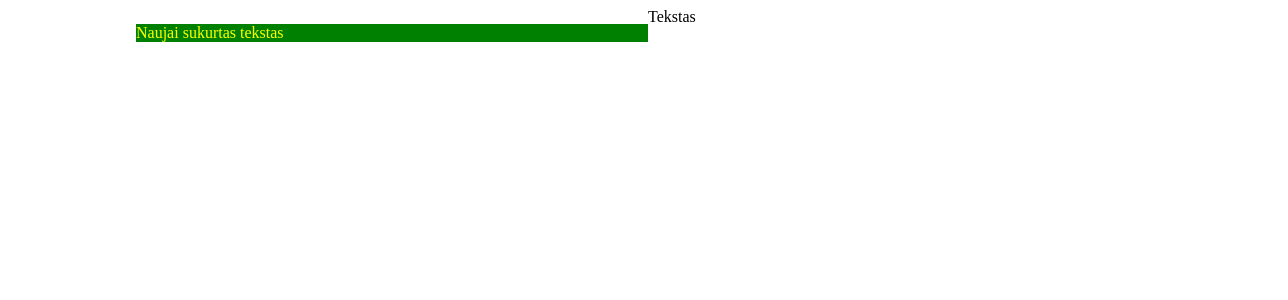
Repository: motiejus1/01-paskaita
Page: index.html
An editor plug-in stored every save of this project. The page is shown before and after the next save, followed by the edit.
The browser window is 1280 px wide. The page is 1288 px wide, so the pictures cover 1288 px, including what lies to the right of the window. The pictures show the whole page.

Above is the page before, as saved 2021-06-08 11:53:03.

After the next save:
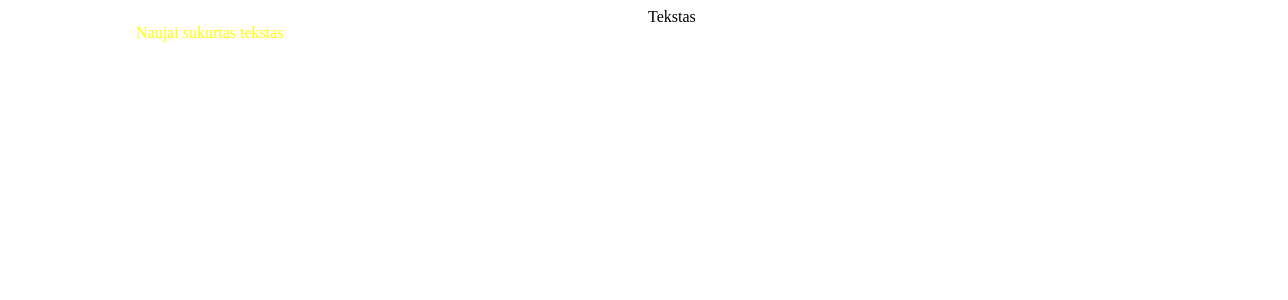
Console error: SyntaxError: Unexpected token ';'
Saved 77 s later.
--- a/script.js
+++ b/script.js
@@ -3,7 +3,7 @@
         //Kintamojo apibrezimas
         let x;
         let y;
-        let z, g;
+        let z, g, ;
         //Reiksmes kintamajam priskyrimas
         x = 16;
         y = 16.6;

After the save that followed:
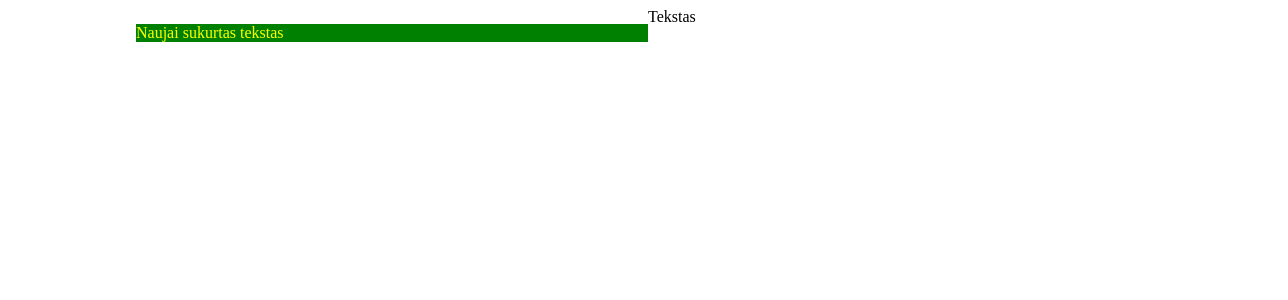
The error is gone.
Saved 5 s later.
--- a/script.js
+++ b/script.js
@@ -3,7 +3,7 @@
         //Kintamojo apibrezimas
         let x;
         let y;
-        let z, g, ;
+        let z, g, p;
         //Reiksmes kintamajam priskyrimas
         x = 16;
         y = 16.6;
